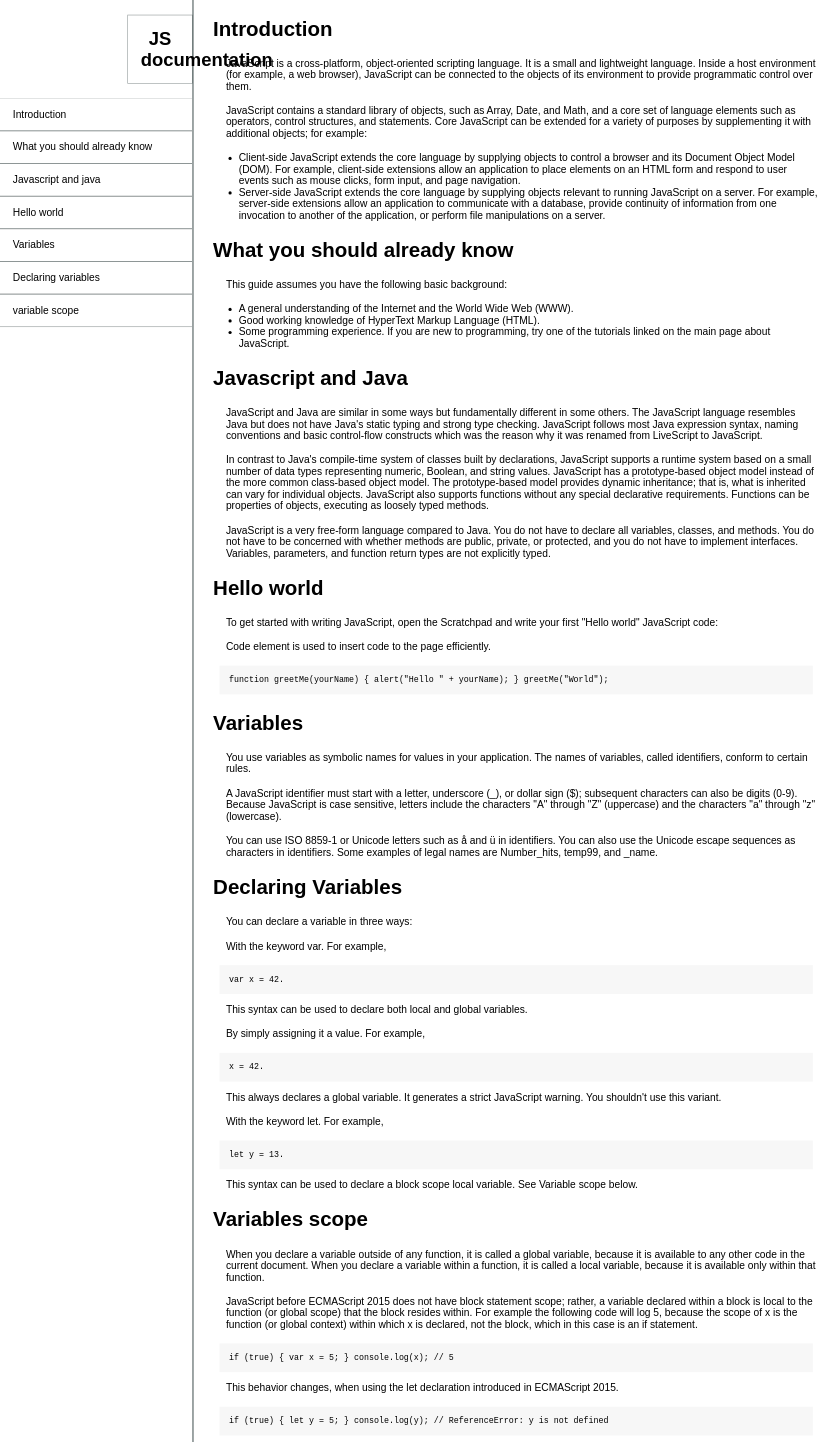
Repository: Pafestivo/Technical-documentation
Page: index.html
The author's editor kept a copy of each file at every save. The page is drawn from the files as they stood at one save, then again after the next save.
The browser window is 1280 px wide. The pictures show the whole page, at 64% of full size.

Above is the page before, as saved 2022-09-07 14:24:43.

### index.html
<!DOCTYPE html>
<html lang="en">
<head>
    <meta charset="UTF-8">
    <meta name="viewport" content="width=device-width, initial-scale=1.0">
    <link rel="stylesheet" href="styles.css">
    <title>Technical Documentation Page</title>
</head>
<body>
  <nav id="navbar">
    <header>
      <h1>JS documentation</h1>
    </header>
    <ul>
      <li><a id="nav-link" href="#introduction">Introduction</a></li>
      <li><a id="nav-link" href="#what_you_should_already_know">What you should already know</a></li>
      <li><a id="nav-link" href="#javascript_and_Java">Javascript and java</a></li>
      <li><a id="nav-link" href="#hello_world">Hello world</a></li>
      <li><a id="nav-link" href="#variables">Variables</a></li>
      <li><a id="nav-link" href="#declaring_variables">Declaring variables</a></li>
      <li><a id="nav-link" href="#variable_scope">variable scope</a></li>
    </ul>
  </nav>
  <main id="main-doc">
    <section id="introduction" class="main-section">
      <h1>Introduction</h1>

      <p>JavaScript is a cross-platform, object-oriented scripting language. It is a small and lightweight language. Inside a host environment (for example, a web browser), JavaScript can be connected to the objects of its environment to provide programmatic control over them.</p>

      <p>JavaScript contains a standard library of objects, such as Array, Date, and Math, and a core set of language elements such as operators, control structures, and statements. Core JavaScript can be extended for a variety of purposes by supplementing it with additional objects; for example:</p>

      <ul>
        <li>Client-side JavaScript extends the core language by supplying objects to control a browser and its Document Object Model (DOM). For example, client-side extensions allow an application to place elements on an HTML form and respond to user events such as mouse clicks, form input, and page navigation.</li>
        <li>Server-side JavaScript extends the core language by supplying objects relevant to running JavaScript on a server. For example, server-side extensions allow an application to communicate with a database, provide continuity of information from one invocation to another of the application, or perform file manipulations on a server.</li>
      </ul>
    </section>

    <section id="what_you_should_already_know" class="main-section">
        <h1>What you should already know</h1>

        <p>This guide assumes you have the following basic background:</p>

        <ul>
          <li>A general understanding of the Internet and the World Wide Web (WWW).</li>
          <li>Good working knowledge of HyperText Markup Language (HTML).</li>
          <li>Some programming experience. If you are new to programming, try one of the tutorials linked on the main page about JavaScript.</li>
        </ul>
      </section>

      <section id="javascript_and_Java" class="main-section">
        <h1>Javascript and Java</h1>

        <p>JavaScript and Java are similar in some ways but fundamentally different in some others. The JavaScript language resembles Java but does not have Java's static typing and strong type checking. JavaScript follows most Java expression syntax, naming conventions and basic control-flow constructs which was the reason why it was renamed from LiveScript to JavaScript.</p>

        <p>In contrast to Java's compile-time system of classes built by declarations, JavaScript supports a runtime system based on a small number of data types representing numeric, Boolean, and string values. JavaScript has a prototype-based object model instead of the more common class-based object model. The prototype-based model provides dynamic inheritance; that is, what is inherited can vary for individual objects. JavaScript also supports functions without any special declarative requirements. Functions can be properties of objects, executing as loosely typed methods.</p>

        <p>JavaScript is a very free-form language compared to Java. You do not have to declare all variables, classes, and methods. You do not have to be concerned with whether methods are public, private, or protected, and you do not have to implement interfaces. Variables, parameters, and function return types are not explicitly typed.</p>
      </section>

      <section id="hello_world" class="main-section">
        <h1>Hello world</h1>
        <p>To get started with writing JavaScript, open the Scratchpad and write your first "Hello world" JavaScript code:</p>

        <p>Code element is used to insert code to the page efficiently.</p>
        <code>
            function greetMe(yourName) { alert("Hello " + yourName); }
            greetMe("World");
        </code>
      </section>

      <section id="variables" class="main-section">
        <h1>Variables</h1>

        <p>You use variables as symbolic names for values in your application. The names of variables, called identifiers, conform to certain rules.</p>

        <p>A JavaScript identifier must start with a letter, underscore (_), or dollar sign ($); subsequent characters can also be digits (0-9). Because JavaScript is case sensitive, letters include the characters "A" through "Z" (uppercase) and the characters "a" through "z" (lowercase).</p>

        <p>You can use ISO 8859-1 or Unicode letters such as å and ü in identifiers. You can also use the Unicode escape sequences as characters in identifiers. Some examples of legal names are Number_hits, temp99, and _name.</p>
      </section>

      <section id="declaring_variables" class="main-section">
        <h1>Declaring Variables</h1>

        <p>You can declare a variable in three ways:</p>

        <p>With the keyword var. For example,</p>
        <code>
            var x = 42.
        </code>

        <p>This syntax can be used to declare both local and global variables.</p>

        <p>By simply assigning it a value. For example,</p>
        <code>
            x = 42.
        </code>

        <p>This always declares a global variable. It generates a strict JavaScript warning. You shouldn't use this variant.</p>

        <p>With the keyword let. For example,</p>
        <code>
            let y = 13.
        </code>

        <p>This syntax can be used to declare a block scope local variable. See Variable scope below.</p>
      </section>

      <section id="variable_scope" class="main-section">
        <h1>Variables scope</h1>

        <p>When you declare a variable outside of any function, it is called a global variable, because it is available to any other code in the current document. When you declare a variable within a function, it is called a local variable, because it is available only within that function.</p>

        <p>JavaScript before ECMAScript 2015 does not have block statement scope; rather, a variable declared within a block is local to the function (or global scope) that the block resides within. For example the following code will log 5, because the scope of x is the function (or global context) within which x is declared, not the block, which in this case is an if statement.</p>
        <code>
            if (true) { var x = 5; } console.log(x); // 5
        </code>

        <p>This behavior changes, when using the let declaration introduced in ECMAScript 2015.</p>
        <code>
            if (true) { let y = 5; } console.log(y); // ReferenceError: y is
not defined
        </code>
  </main>

</body>
</html>

### styles.css
html {
  box-sizing: border-box;
  scroll-behavior: smooth;
}

body {
  font-family: sans-serif;
  display: flex;
  padding: 0;
  margin: 0;
  min-width: 290px;
}

/* Navigation bar  */
#navbar {
  border-right: solid;
  border-color: rgba(0, 22, 22, 0.4);
  min-width: 300px;
}

#navbar header {
  margin: -1px;
}

#navbar header h1{
  margin-left: 200px;
  padding: 20px;
  font-size: 1.8rem;
  border: 1px solid rgba(0, 22, 22, 0.4);
  text-align: center;
}

#navbar ul {
  list-style: none;
  height: 90%;
  margin: 0;
  padding: 0;
  overflow-y: auto;
  overflow-x: hidden;
}

#navbar ul li {
  margin: -1px;
}

#navbar ul a {
  /* used flex to align the text vertically. */
  display: flex;
  align-items: center;
  text-decoration: none;
  color: #000;
  height: 50px;
  padding-left: 20px;
  border: 1px solid rgba(0, 22, 22, 0.4);
}

#navbar ul a:hover {
  transform: scale(1.01);
  border-color: transparent;
}

/* 800px media query */
@media (max-width: 800px) {
  body {
    display: block;
  }

  #navbar {
    height: 300px;
    overflow: hidden;
  }

  #navbar ul {
    width: 80%;
    margin: 0 auto;
  }

  #navbar h1 {
    width: 50%;
    background-color: purple;
    margin-left: 20px;
  }
}
/* end of 800px media query. */
/* Navigation bar end  */

/* Main area */
#main-doc {
  margin-left: 30px;
}

#main-doc h1 {
  font-size: 2rem;
}

p {
  margin-bottom: 20px;
  margin-left: 20px;
}

code {
  display: block;
  background-color: #f7f7f7;
  padding: 15px;
  margin: 10px;
}
/* Main area end */

After the next save:
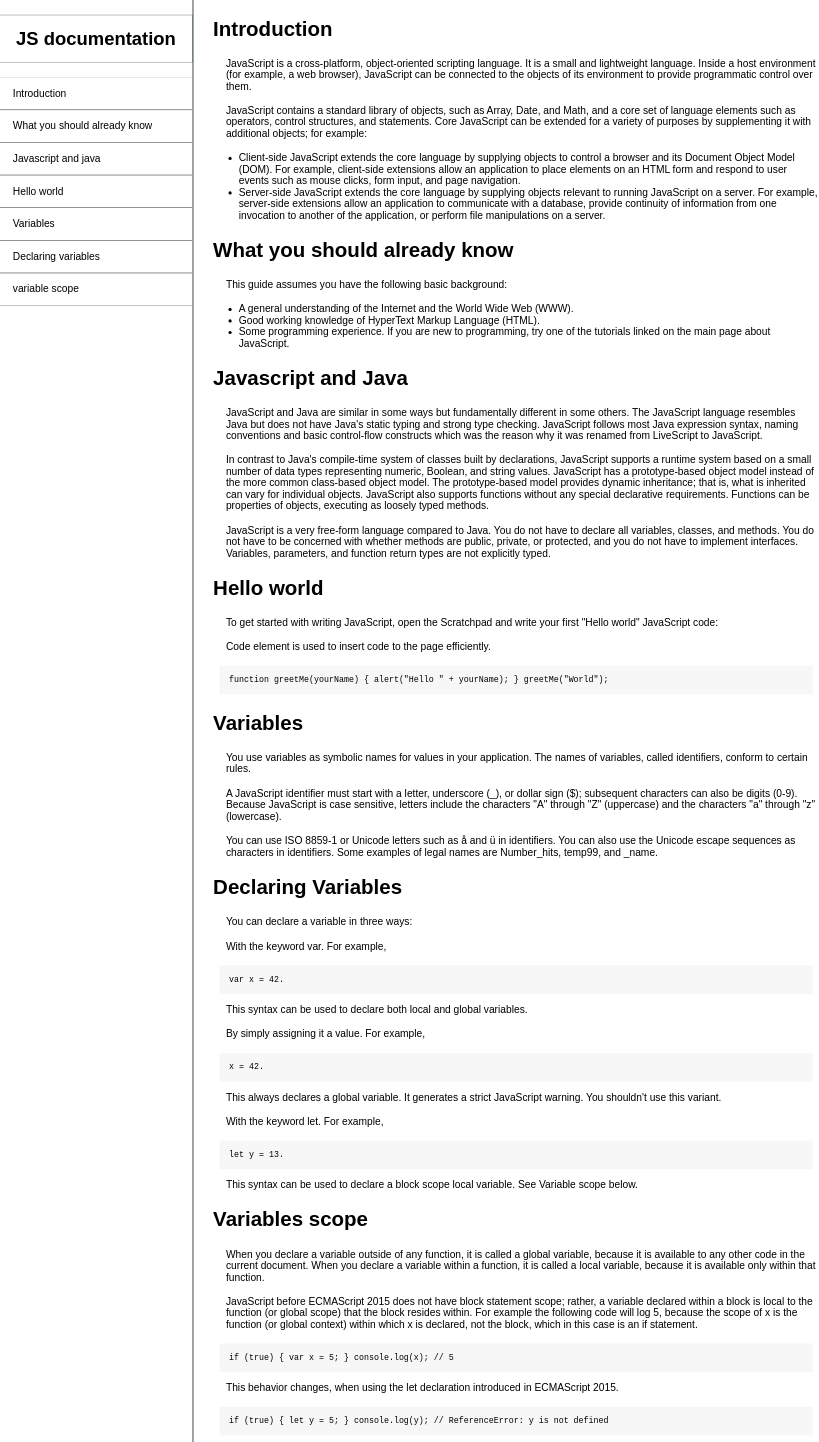
Saved 8 s later.
--- a/styles.css
+++ b/styles.css
@@ -23,7 +23,6 @@ body {
 }
 
 #navbar header h1{
-  margin-left: 200px;
   padding: 20px;
   font-size: 1.8rem;
   border: 1px solid rgba(0, 22, 22, 0.4);
